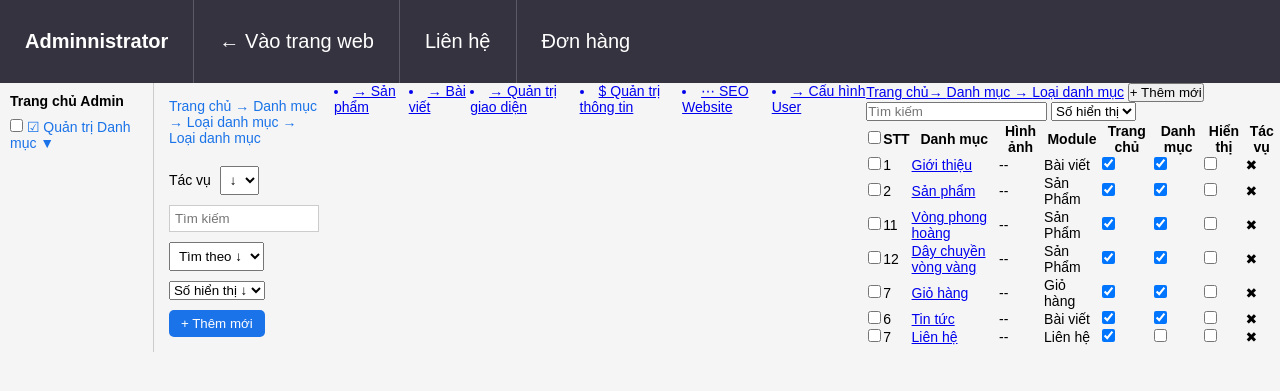
Repository: TranTanDat0606/Du-An-1
Page: Admin]/admin.html
An editor plug-in stored every save of this project. The page is shown before and after the next save, followed by the edit.
The browser window is 1280 px wide. The pictures show the whole page.

Above is the page before, as saved 2025-07-31 09:00:56.

### Admin]/admin.html
<!DOCTYPE html>
<html lang="vi">
<head>
    <meta charset="UTF-8" />
    <meta name="viewport" content="width=device-width, initial-scale=1.0"/>
    <title>Quản lý danh mục</title>
    <link rel="stylesheet" href="admin.css" />
</head>
<body>
<header class="admin-navbar">
    <div class="admin-navbar-item left">Adminnistrator</div>
    <a href="#" class="admin-navbar-item">← Vào trang web</a>
    <a href="#" class="admin-navbar-item">Liên hệ</a>
    <a href="#" class="admin-navbar-item">Đơn hàng</a>
</header>
    <div class="admin-container">
<div class="admin-sidebar">
    <div class="admin-title">Trang chủ Admin</div>
    <div class="dropdown">
        <input type="checkbox" id="menu-toggle"/>
        <label for="menu-toggle" class="dropdown-label">☑ Quản trị Danh mục ▼</label>
</div>
</div>
    <div class="admin-main">
        <div class="breadcrumb">
            <a href="#">Trang chủ</a> → <a href="#">Danh mục</a> → <span>Loại danh mục</span> → <span>Loại danh mục</span>
        </div>
        <div class="toolbar">
            <div class="actions">
                <label for="bulk-action">Tác vụ</label>
                <select id="bulk-action">
                    <option>↓</option>
                </select>
            </div>
            <input type="text" placeholder="Tìm kiếm" class="search-box"/>
            <select class="filter">
                <option>Tìm theo ↓ </option>
            </select>
            <select class="display-count">
                <option>Số hiển thị ↓</option>
            </select>
            <button class="add-btn">+ Thêm mới</button>
        </div>
    </div>

        </li>
        <a href="#"><li>→ Sản phẩm</li></a>
        <a href="#"><li>→ Bài viết</li></a>
        <a href="#"><li>→ Quản trị giao diện</li></a>
        <a href="#"><li>$ Quản trị thông tin</li></a>
        <a href="#"><li>⋯ SEO Website</li></a>
        <a href="#"><li>→ Cấu hình User</li></a>
    </ul>
    </aside>
    <main class="main-content">
    <div class="header-bar">
        <span class="breadcrumbs"><a href="#">Trang chủ→ </a><a href="#">Danh mục → </a><a href="#">Loại danh mục</a></span>
        <button class="btn-new">+ Thêm mới</button>
    </div>

    <div class="table-toolbar">
        <input type="text" class="search-input" placeholder="Tìm kiếm" />
        <select>
    <option>Số hiển thị</option>
        </select>
    </div>
    <table>
        <thead>
    <tr>
            <th><input type="checkbox" /></th>
            <th>STT</th>
            <th>Danh mục</th>
            <th>Hình ảnh</th>
            <th>Module</th>
            <th>Trang chủ</th>
            <th>Danh mục</th>
            <th>Hiển thị</th>
            <th>Tác vụ</th>
    </tr>
        </thead>
        <tbody>
    <tr>
            <td><input type="checkbox" /></td>
            <td>1</td>
            <td><a href="#">Giới thiệu</a></td>
            <td>--</td>
            <td>Bài viết</td>
            <td><input type="checkbox" checked /></td>
            <td><input type="checkbox" checked /></td>
            <td><input type="checkbox" /></td>
            <td class="text-danger">✖</td>
    </tr>
    <tr>
            <td><input type="checkbox" /></td>
            <td>2</td>
            <td><a href="#">Sản phẩm</a></td>
            <td>--</td>
            <td>Sản Phẩm</td>
            <td><input type="checkbox" checked /></td>
            <td><input type="checkbox" checked /></td>
            <td><input type="checkbox" /></td>
            <td class="text-danger">✖</td>
    </tr>
    <tr>
        <td><input type="checkbox" /></td>
        <td>11</td>
        <td><a href="#">Vòng phong hoàng</a></td>
        <td>--</td>
        <td>Sản Phẩm</td>
        <td><input type="checkbox" checked /></td>
        <td><input type="checkbox" checked /></td>
        <td><input type="checkbox" /></td>
        <td class="text-danger">✖</td>
    </tr>
    <tr>
        <td><input type="checkbox" /></td>
        <td>12</td>
        <td><a href="#">Dây chuyền vòng vàng</a></td>
        <td>--</td>
        <td>Sản Phẩm</td>
        <td><input type="checkbox" checked /></td>
        <td><input type="checkbox" checked /></td>
        <td><input type="checkbox" /></td>
        <td class="text-danger">✖</td>
    </tr>
    <tr>
        <td><input type="checkbox" /></td>
        <td>7</td>
        <td><a href="#">Giỏ hàng</a></td>
        <td>--</td>
        <td>Giỏ hàng</td>
        <td><input type="checkbox" checked /></td>
        <td><input type="checkbox" checked /></td>
        <td><input type="checkbox" /></td>
        <td class="text-danger">✖</td>
    </tr>
    <tr>
        <td><input type="checkbox" /></td>
        <td>6</td>
        <td><a href="#">Tin tức</a></td>
        <td>--</td>
        <td>Bài viết</td>
        <td><input type="checkbox" checked /></td>
        <td><input type="checkbox" checked /></td>
        <td><input type="checkbox"/></td>
        <td class="text-danger">✖</td>
    </tr>
    <tr>
        <td><input type="checkbox" name="" id=""></td>
        <td>7</td>
        <td><a href="#"> Liên hệ </a></td>
        <td>--</td>
        <td>Liên hệ</td>
        <td><input type="checkbox" checked></td>
        <td><input type="checkbox"></td>
        <td><input type="checkbox"></td>
        <td class="text-danger">✖</td>
    </tr>
        </tbody>
    </table>
    </main>
    </div>
</body>
</html>

### Admin]/admin.css
* {
    margin: 0;
    padding: 0;
    box-sizing: border-box;
    font-family: sans-serif;
}
/* header */
/* Thanh navbar admin */
.admin-navbar {
    display: flex;
    background-color: #35333f;
    /* Màu nền đậm */
    color: #fff;
    font-size: 20px;
    font-family: sans-serif;
    font-weight: 400;
}

.admin-navbar-item {
    padding: 30px 25px;
    color: #fff;
    text-decoration: none;
    border-left: 1px solid #5c5a65;
    /* Đường kẻ giữa các mục */
    display: flex;
    align-items: center;
}
/* Mục đầu tiên không có đường viền trái */
.admin-navbar-item.left {
    border-left: none;
    font-weight: bold;
}
/* Topbar admin */
.topbar {
    background-color: #2f2e38;
    color: white;
    display: flex;
    justify-content: space-between;
    align-items: center;
    padding: 20px 25px;
    font-size: 24px;
}

.topbar-left {
    font-weight: bold;

}

.topbar-right a {
    color: white;
    text-decoration: none;
    margin-left: 100px;
    border-left:4px solid #555;
    padding-left: 170px
}

.topbar-right a:first-child {
    border-left: none;
    padding-left: 0;
}
body {
    background: #f5f5f5;
}
/* Main Layout */
.admin-container {
    display: flex;
    font-family: sans-serif;
    font-size: 14px;
}

.admin-sidebar {
    width: 200px;
    border-right: 1px solid #ccc;
    padding: 10px;
}

.admin-title {
    font-weight: bold;
    margin-bottom: 10px;
}

.dropdown-label {
    color: #1a73e8;
    cursor: pointer;
}

.admin-main {
    flex: 1;
    padding: 15px;
}

.breadcrumb {
    margin-bottom: 20px;
    color: #1a73e8;
}

.breadcrumb a {
    color: #1a73e8;
    text-decoration: none;
}

.toolbar {
    display: flex;
    align-items: center;
    gap: 10px;
    flex-wrap: wrap;
}

.actions label {
    margin-right: 5px;
}

.search-box {
    padding: 5px;
    border: 1px solid #ccc;
    width: 150px;
}

.filter,
.limit,
#bulk-action {
    padding: 5px;
}

.add-btn {
    background-color: #1a73e8;
    color: white;
    border: none;
    padding: 6px 12px;
    border-radius: 5px;
    cursor: pointer;
}

After the next save:
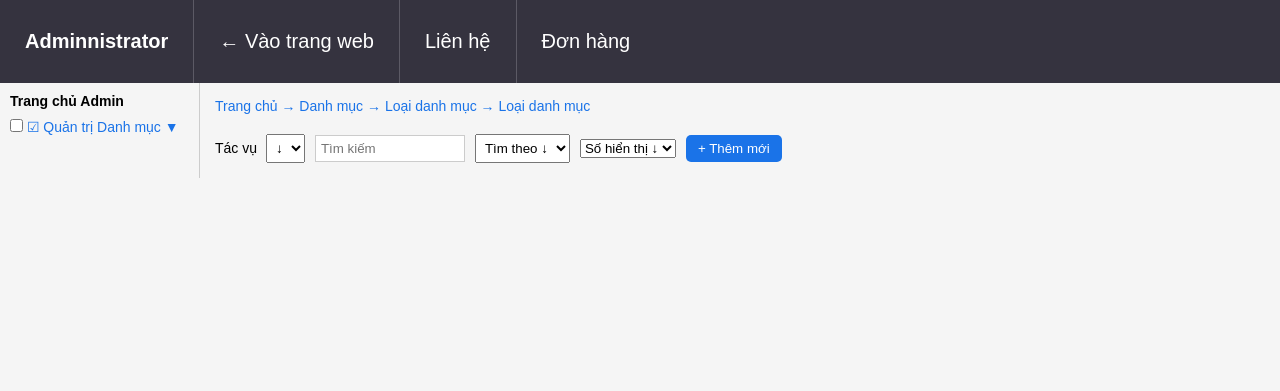
Saved 11 s later.
--- a/Admin]/admin.html
+++ b/Admin]/admin.html
@@ -43,122 +43,5 @@
         </div>
     </div>
 
-        </li>
-        <a href="#"><li>→ Sản phẩm</li></a>
-        <a href="#"><li>→ Bài viết</li></a>
-        <a href="#"><li>→ Quản trị giao diện</li></a>
-        <a href="#"><li>$ Quản trị thông tin</li></a>
-        <a href="#"><li>⋯ SEO Website</li></a>
-        <a href="#"><li>→ Cấu hình User</li></a>
-    </ul>
-    </aside>
-    <main class="main-content">
-    <div class="header-bar">
-        <span class="breadcrumbs"><a href="#">Trang chủ→ </a><a href="#">Danh mục → </a><a href="#">Loại danh mục</a></span>
-        <button class="btn-new">+ Thêm mới</button>
-    </div>
-
-    <div class="table-toolbar">
-        <input type="text" class="search-input" placeholder="Tìm kiếm" />
-        <select>
-    <option>Số hiển thị</option>
-        </select>
-    </div>
-    <table>
-        <thead>
-    <tr>
-            <th><input type="checkbox" /></th>
-            <th>STT</th>
-            <th>Danh mục</th>
-            <th>Hình ảnh</th>
-            <th>Module</th>
-            <th>Trang chủ</th>
-            <th>Danh mục</th>
-            <th>Hiển thị</th>
-            <th>Tác vụ</th>
-    </tr>
-        </thead>
-        <tbody>
-    <tr>
-            <td><input type="checkbox" /></td>
-            <td>1</td>
-            <td><a href="#">Giới thiệu</a></td>
-            <td>--</td>
-            <td>Bài viết</td>
-            <td><input type="checkbox" checked /></td>
-            <td><input type="checkbox" checked /></td>
-            <td><input type="checkbox" /></td>
-            <td class="text-danger">✖</td>
-    </tr>
-    <tr>
-            <td><input type="checkbox" /></td>
-            <td>2</td>
-            <td><a href="#">Sản phẩm</a></td>
-            <td>--</td>
-            <td>Sản Phẩm</td>
-            <td><input type="checkbox" checked /></td>
-            <td><input type="checkbox" checked /></td>
-            <td><input type="checkbox" /></td>
-            <td class="text-danger">✖</td>
-    </tr>
-    <tr>
-        <td><input type="checkbox" /></td>
-        <td>11</td>
-        <td><a href="#">Vòng phong hoàng</a></td>
-        <td>--</td>
-        <td>Sản Phẩm</td>
-        <td><input type="checkbox" checked /></td>
-        <td><input type="checkbox" checked /></td>
-        <td><input type="checkbox" /></td>
-        <td class="text-danger">✖</td>
-    </tr>
-    <tr>
-        <td><input type="checkbox" /></td>
-        <td>12</td>
-        <td><a href="#">Dây chuyền vòng vàng</a></td>
-        <td>--</td>
-        <td>Sản Phẩm</td>
-        <td><input type="checkbox" checked /></td>
-        <td><input type="checkbox" checked /></td>
-        <td><input type="checkbox" /></td>
-        <td class="text-danger">✖</td>
-    </tr>
-    <tr>
-        <td><input type="checkbox" /></td>
-        <td>7</td>
-        <td><a href="#">Giỏ hàng</a></td>
-        <td>--</td>
-        <td>Giỏ hàng</td>
-        <td><input type="checkbox" checked /></td>
-        <td><input type="checkbox" checked /></td>
-        <td><input type="checkbox" /></td>
-        <td class="text-danger">✖</td>
-    </tr>
-    <tr>
-        <td><input type="checkbox" /></td>
-        <td>6</td>
-        <td><a href="#">Tin tức</a></td>
-        <td>--</td>
-        <td>Bài viết</td>
-        <td><input type="checkbox" checked /></td>
-        <td><input type="checkbox" checked /></td>
-        <td><input type="checkbox"/></td>
-        <td class="text-danger">✖</td>
-    </tr>
-    <tr>
-        <td><input type="checkbox" name="" id=""></td>
-        <td>7</td>
-        <td><a href="#"> Liên hệ </a></td>
-        <td>--</td>
-        <td>Liên hệ</td>
-        <td><input type="checkbox" checked></td>
-        <td><input type="checkbox"></td>
-        <td><input type="checkbox"></td>
-        <td class="text-danger">✖</td>
-    </tr>
-        </tbody>
-    </table>
-    </main>
-    </div>
 </body>
 </html>
